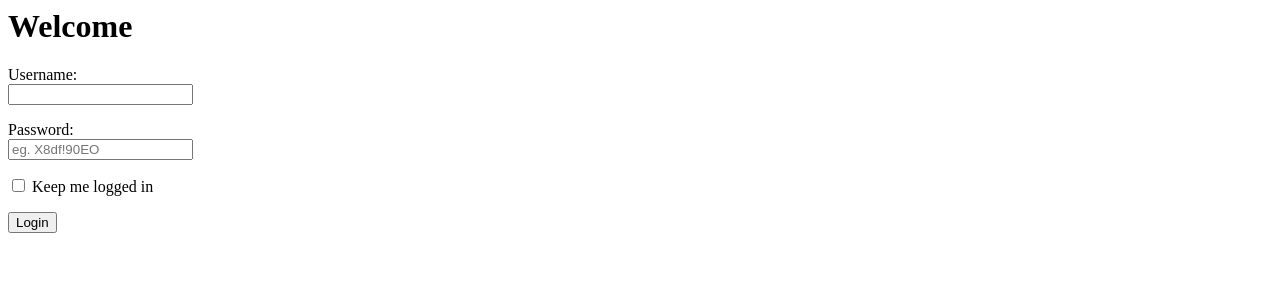
Repository: varshaumeshhs55/ServletProject
Page: LoginRegistrationApp/WebContent/index.html
These files come from the project's save history. The page is drawn as it stood at one moment and after the next save; the edit follows.
The browser window is 1280 px wide. The pictures show the whole page.

Above is the page before, as saved 2019-01-22 10:14:27.

### LoginRegistrationApp/WebContent/index.html
<html>
<head>
<h1>Welcome</h1>
</head>
<body>
	<form action="login" method="post">
		<p>
			<label for="username">Username:</label><br> <input type="text"
				name="username" placeholder=" " myusername ormymail@mail.com""><br>
		</p>
		<p>
			<label for="password">Password:</label><br> <input
				type="password" name="password" placeholder="eg. X8df!90EO"><br>

		</p>
		<p>
			<input type="checkbox" name="loginkeeping" id="loginkeeping"
				value="loginkeeping" /> <label for="loginkeeping">Keep me
				logged in</label>
		</p>
		<p>
			<input type="submit" value="Login" />
		</p>
	</form>
</body>
</html>

After the next save:
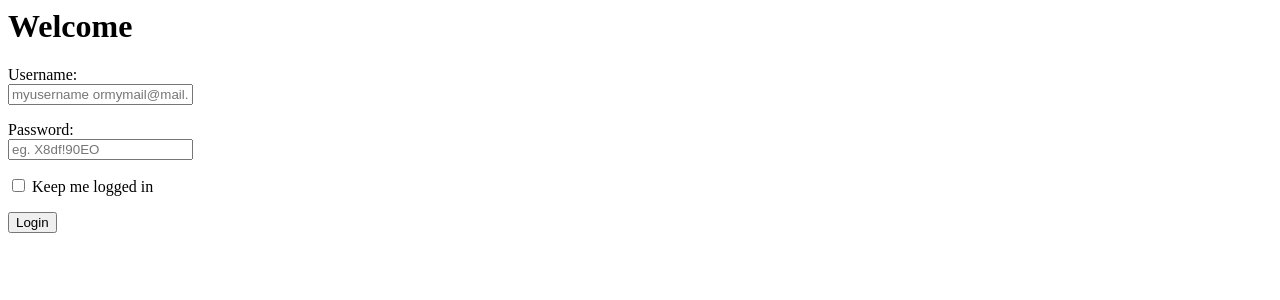
Saved 40 s later.
--- a/LoginRegistrationApp/WebContent/index.html
+++ b/LoginRegistrationApp/WebContent/index.html
@@ -6,7 +6,7 @@
 	<form action="login" method="post">
 		<p>
 			<label for="username">Username:</label><br> <input type="text"
-				name="username" placeholder=" " myusername ormymail@mail.com""><br>
+				name="username" placeholder="myusername ormymail@mail.com"><br>
 		</p>
 		<p>
 			<label for="password">Password:</label><br> <input
